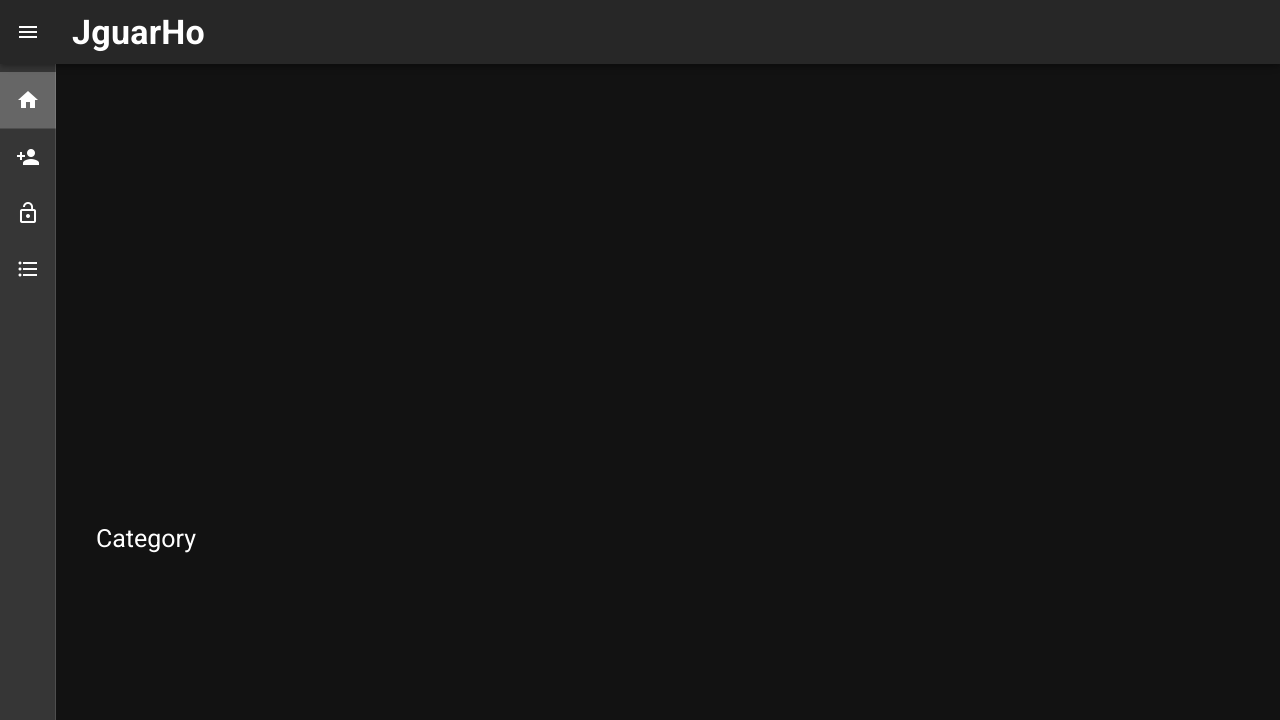
Repository: agent501/MRMS
Page: /
An editor plug-in stored every save of this project. The page is shown before and after the next save, followed by the edit.
The browser window is 1280 px wide. The pictures show the whole page.
The page's requests for data from a server got no answer. The project was rebuilt for these pictures with package versions that can differ from the ones it lists, and the page was loaded fresh each time. No one was signed in, and anything a server would have sent is missing. Also part of the build but not shown: vue.config.js, src/components/Product/products.vue, src/components/Product/product.vue, src/components/Product/createproduct.vue, src/components/User/signin.vue, src/components/User/signup.vue, src/components/User/profile.vue, src/components/Shared/Alert.vue and 2 more. Imported but missing from the stored project, and not drawn on this page: src/router/auth-guard.js.

Above is the page before, as saved 2020-07-29 16:52:17.

### src/main.js
import Vue from 'vue';
import App from './App.vue';
import router from './router';
import { store } from './store';
import alert from './components/Shared/Alert.vue';
import vuetify from './plugins/vuetify';
import { fb } from './components/firebase/firebase.js';
import * as firebase from 'firebase';
import editproductdiaglog from './components/Product/Edit/editproductdialog.vue';
import editprogressbar from './components/Product/Edit/editprogressbar.vue';

Vue.component('app-alert', alert);
Vue.component('app-edit-product', editproductdiaglog);
Vue.component('app-edit-progress', editprogressbar);

Vue.config.productionTip = false;

new Vue({
  router,
  store,
  vuetify,
  render: (h) => h(App),
  created() {
    fb;
    firebase.auth().onAuthStateChanged((user) => {
      if (user) {
        this.$store.dispatch('autosignin', user);
      }
    });
    this.$store.dispatch('loadProducts');
  },
}).$mount('#app');

### src/App.vue
<template>
  <v-app>
    <v-navigation-drawer v-model="drawer" :mini-variant.sync="mini" app clipped dense permanent>
      <v-list>
        <v-list-item to="/">
          <v-list-item-icon>
            <v-icon medium>home</v-icon>
          </v-list-item-icon>

          <v-list-item-content>
            <v-list-item-title>Home</v-list-item-title>
          </v-list-item-content>
        </v-list-item>

        <v-divider></v-divider>
        <v-list-item v-for="item in menuItems" :key="item.title" router :to="item.link">
          <v-list-item-icon>
            <v-icon medium>{{ item.icon }}</v-icon>
          </v-list-item-icon>

          <v-list-item-content>
            <v-list-item-title>{{ item.text }}</v-list-item-title>
          </v-list-item-content>
        </v-list-item>
        <v-list-item v-if="userIsAuthenticated || adminIsAuthenticated" @click="onLogout">
          <v-list-item-icon>
            <v-icon>exit_to_app</v-icon>
          </v-list-item-icon>
          <v-list-item-content>Logout</v-list-item-content>
        </v-list-item>
      </v-list>
    </v-navigation-drawer>

    <v-app-bar app clipped-left>
      <v-app-bar-nav-icon @click.stop="mini=!mini"></v-app-bar-nav-icon>
      <v-toolbar-title class="font-weight-bold display-1">
        <router-link to="/" tag="span" style="cursor:pointer">JguarHo</router-link>
      </v-toolbar-title>
    </v-app-bar>

    <!-- Page Content -->
    <v-content>
      <router-view></router-view>
    </v-content>

    <!-- <v-footer>
      <span>JguarHo &copy; Copyright Reserved</span>
    </v-footer>-->
  </v-app>
</template>

<script>
// import HelloWorld from './components/HelloWorld';

export default {
  name: 'App',

  components: {
    // HelloWorld,
  },
  props: {
    source: String
  },
  data: () => ({
    mini: true,
    drawer: true
    // items: [
    //   { icon: 'lock_open', text: 'Sign In', link: '/signin' },
    //   { icon: 'home', text: 'Home', link: '/' },
    //   { icon: 'list', text: 'All Products', link: '/products' },
    //   { icon: 'help_outline', text: 'About Us', link: '' }
    // ]
  }),
  computed: {
    menuItems() {
      let items = [
        { icon: 'person_add', text: 'Sign Up', link: '/signup' },
        { icon: 'lock_open', text: 'Sign In', link: '/signin' },

        {
          icon: 'format_list_bulleted',
          text: 'All Products',
          link: '/products'
        }
        // { icon: 'person', text: 'About Us', link: '' }
      ];
      if (this.adminIsAuthenticated) {
        items = [
          {
            icon: 'create_new_folder',
            text: 'Create Product',
            link: '/createproduct'
          },
          {
            icon: 'format_list_bulleted',
            text: 'All Products',
            link: '/products'
          },
          {
            icon: 'person',
            text: 'Profile',
            link: '/profile/' + this.adminIsAuthenticated.id
          }
        ];
      } else if (this.userIsAuthenticated) {
        items = [
          {
            icon: 'format_list_bulleted',
            text: 'All Products',
            link: '/products'
          },
          {
            icon: 'person',
            text: 'Profile',
            link: '/profile/' + this.userIsAuthenticated.id
          }
        ];
      }
      return items;
    },
    adminIsAuthenticated() {
      return (
        this.$store.getters.user !== null &&
        this.$store.getters.user !== undefined &&
        this.$store.getters.user.id === 'ktQMfIIbLQRTlySJDVzU9JbCF293' &&
        this.$store.getters.user
      );
    },
    userIsAuthenticated() {
      return (
        this.$store.getters.user !== null &&
        this.$store.getters.user !== undefined &&
        this.$store.getters.user
      );
    }
  },
  created() {
    this.$vuetify.theme.dark = true;
  },
  methods: {
    onLogout() {
      this.$store.dispatch('logout');
      this.$router.push('/');
    }
  }
};
</script>

### src/router/index.js
import Vue from 'vue';
import VueRouter from 'vue-router';
import home from '../components/Home.vue';
import products from '../components/Product/products.vue';
import product from '../components/Product/product.vue';
import createproduct from '../components/Product/createproduct.vue';
import signin from '../components/User/signin.vue';
import signup from '../components/User/signup.vue';
import profile from '../components/User/profile.vue';
import AuthGuard from '../router/auth-guard.js';

Vue.use(VueRouter);

export default new VueRouter({
  mode: 'history',
  routes: [
    { path: '/', name: 'home', component: home },
    { path: '/products', name: 'products', component: products },
    {
      path: '/createproduct',
      name: 'createproduct',
      component: createproduct,
      beforeEnter: AuthGuard,
    },
    { path: '/signin', name: 'signin', component: signin },
    { path: '/signup', name: 'signup', component: signup },
    {
      path: '/profile/:id',
      name: 'profile',
      component: profile,
      beforeEnter: AuthGuard,
    },
    {
      path: '/products/:id',
      name: 'product',
      props: true,
      component: product,
    },
  ],
});

### src/store/index.js
import Vue from 'vue';
import Vuex from 'vuex';

import product from './product';
import user from './user';
import shared from './shared';

Vue.use(Vuex);

export const store = new Vuex.Store({
  modules: {
    product: product,
    user: user,
    shared: shared,
  },
});

### src/plugins/vuetify.js
import Vue from 'vue';
import Vuetify from 'vuetify/lib';
import '@mdi/font/css/materialdesignicons.css'; //
import 'material-design-icons-iconfont/dist/material-design-icons.css';

Vue.use(Vuetify);

export default new Vuetify({
  icons: {
    iconfont: 'mdi',
  },
});

### src/components/firebase/firebase.js
import firebase from 'firebase/app';
import 'firebase/firestore';
import 'firebase/storage';

var firebaseConfig = {
  apiKey: 'AIzaSyBJdvJyA-ac-dO3JYy-4WKY7wIkma-Y1fI',
  authDomain: 'mrms-2ae69.firebaseapp.com',
  databaseURL: 'https://mrms-2ae69.firebaseio.com',
  projectId: 'mrms-2ae69',
  storageBucket: 'mrms-2ae69.appspot.com',
  messagingSenderId: '287673096935',
  appId: '1:287673096935:web:7f7f75dea0b5657353e042',
  measurementId: 'G-EKPLN37GXX',
};

export const fb = firebase.initializeApp(firebaseConfig);

### src/components/Home.vue
<template>
  <div class="mx-10" style="max-width:1800px">
    <v-layout>
      <v-flex xs12 class="text-xs-center" v-if="!loading">
        <v-progress-circular
          indeterminate
          class="primary--text"
          :width="7"
          :size="70"
          v-if="loading"
        ></v-progress-circular>
      </v-flex>
    </v-layout>

    <v-carousel
      cycle
      class="mt-4"
      height="400"
      hide-delimiters
      show-arrows-on-hover
      width="100%"
      style="cursor:pointer"
    >
      <v-carousel-item
        v-for="product in products"
        :key="product.id"
        @click="onLoadProduct(product.id)"
      >
        <div class="text-right">
          <span class="title">{{ product.name }}</span>
        </div>
        <img :src="product.featureimage" style="height: 100%; width: 100%; object-fit: contain" />
      </v-carousel-item>
    </v-carousel>

    <div>
      <div class="mt-10" style="font-size:25px">Category</div>
    </div>
  </div>
</template>

<script>
export default {
  // data: () => ({
  //   images: [
  //     {
  //       src: 'https://cdn.vuetifyjs.com/images/carousel/squirrel.jpg',
  //       title: 'image1asdasdasdsadasdasdsadasdasd',
  //       id: 'asdad123'
  //     },
  //     {
  //       src: 'https://cdn.vuetifyjs.com/images/carousel/sky.jpg',
  //       title: 'image2',
  //       id: 'asdasd1223'
  //     },
  //     {
  //       src: 'https://cdn.vuetifyjs.com/images/carousel/bird.jpg',
  //       title: 'image3',
  //       id: 'asdad13223'
  //     },
  //     {
  //       src: 'https://cdn.vuetifyjs.com/images/carousel/planet.jpg',
  //       title: 'image4',
  //       id: 'asdaasd1123'
  //     }
  //   ]
  // }),
  computed: {
    products() {
      return this.$store.getters.featuredProducts;
    },
    loading() {
      return this.$store.getters.loading;
    },
  },
  methods: {
    onLoadProduct(id) {
      this.$router.push('/products/' + id);
    },
  },
};
</script>

<style scoped>
.title {
  background-color: rgba(235, 235, 235, 0.897);
  color: black;

  padding: 10px 30px;
}
</style>

### src/store/product/index.js
import * as firebase from 'firebase';

export default {
  state: {
    loadedProducts: [],
  },
  mutations: {
    createProduct(state, payload) {
      state.loadedProducts.push(payload);
    },
    setLoadedProducts(state, payload) {
      state.loadedProducts = payload;
    },
    updateProduct(state, payload) {
      const product = state.loadedProducts.find((product) => {
        return product.id === payload.id;
      });
      if (payload.name) {
        product.name = payload.name;
      }
      if (payload.description) {
        product.description = payload.description;
      }
      if (payload.earningperunit) {
        product.earningperunit = payload.earningperunit;
      }
      if (payload.investmentperunit) {
        product.investmentperunit = payload.investmentperunit;
      }
    },
    updateProgress(state, payload) {
      const product = state.loadedProducts.find((product) => {
        return product.id === payload.id;
      });
      if (payload.productprogressbar) {
        product.productprogressbar = payload.productprogressbar;
      }
    },
    deleteProduct(state, payload) {
      const registeredProducts = state.loadedProducts;
      registeredProducts.splice(
        registeredProducts.findIndex((product) => product.id === payload),
        1
      );
      // Reflect.deleteProperty(state.user.fbKeys,payload)
    },
  },
  actions: {
    loadProducts({ commit }) {
      commit('setLoading', true);
      firebase
        .database()
        .ref('products')
        .once('value')
        .then((data) => {
          const products = [];
          const obj = data.val();
          for (let key in obj) {
            products.push({
              id: key,
              name: obj[key].name,
              description: obj[key].description,
              investmentperunit: obj[key].investmentperunit,
              earningperunit: obj[key].earningperunit,
              creatorId: obj[key].creatorId,
              productimage: obj[key].productimage,
              productprogressbar: obj[key].productprogressbar,
              featureimage: obj[key].productimage[0],
            });
          }
          commit('setLoadedProducts', products);
          commit('setLoading', false);
        })
        .catch((error) => {
          console.log(error);
          commit('setLoading', true);
        });
    },
    deleteProduct({ commit }, payload) {
      const productId = payload;
      console.log(productId);
      firebase
        .database()
        .ref('products')
        .child(productId)
        .remove()
        .then(function () {
          // File deleted successfully

          console.log('success');
        })
        .catch(function (error) {
          // Uh-oh, an error occurred!
          console.log(error);
        });
      commit('deleteProduct', payload);
    },
    createProduct({ commit, getters }, payload) {
      const product = {
        name: payload.name,
        description: payload.description,
        investmentperunit: payload.investmentperunit,
        earningperunit: payload.earningperunit,
        productimage: payload.productimage,
        productprogressbar: payload.productprogressbar,
        creatorId: getters.user.id,
      };
      let key;
      firebase
        .database()
        .ref('products')
        .push(product)
        .then((data) => {
          //specific product id
          key = data.key;
          commit('createProduct', { ...product, id: key });
          // return key
        });
    },
    updateproductdata({ commit }, payload) {
      commit('loading', true);
      const updateObj = {};
      if (payload.name) {
        updateObj.name = payload.name;
      }
      if (payload.desscription) {
        updateObj.description = payload.desscription;
      }
      if (payload.earningperunit) {
        updateObj.earningperunit = payload.earningperunit;
      }
      if (payload.investmentperunit) {
        updateObj.investmentperunit = payload.investmentperunit;
      }
      firebase
        .database()
        .ref('products')
        .child(payload.id)
        .update(updateObj)
        .then(() => {
          commit('setLoading', false);
          commit('updateProduct', payload);
        })
        .catch((error) => {
          console.log(error);
          commit('setLoading', false);
        });
    },
    updateprogressdata({ commit }, payload) {
      commit('loading', true);
      const updateObj = {};
      if (payload.productprogressbar) {
        updateObj.productprogressbar = payload.productprogressbar;
      }

      firebase
        .database()
        .ref('products')
        .child(payload.id)
        .update(updateObj)
        .then(() => {
          commit('setLoading', false);
          commit('updateProgress', payload);
        })
        .catch((error) => {
          console.log(error);
          commit('setLoading', false);
        });
    },
  },
  getters: {
    loadedProducts(state) {
      return state.loadedProducts.sort((productA, productB) => {
        return productA.date > productB.date;
      });
    },
    featuredProducts(state, getters) {
      return getters.loadedProducts.slice(0, 5);
    },
    loadedProduct(state) {
      return (productId) => {
        return state.loadedProducts.find((product) => {
          return product.id === productId;
        });
      };
    },
  },
  modules: {},
};

### src/store/user/index.js
import * as firebase from 'firebase';

export default {
  state: {
    user: null,
    profile: [],
  },
  mutations: {
    setUser(state, payload) {
      state.user = payload;
    },
    setLoadedProfile(state, payload) {
      state.profile = payload;
    },
    updateProfile(state, payload) {
      const profile = state.profile;

      if (payload.name) {
        profile.name = payload.name;
      }
      if (payload.email) {
        profile.email = payload.email;
      }
      if (payload.icnumber) {
        profile.icnumber = payload.icnumber;
      }
      if (payload.phonenumber) {
        profile.phonenumber = payload.phonenumber;
      }
      if (payload.ssmimage) {
        profile.ssmimage = payload.ssmimage;
      }
    },
  },
  actions: {
    signUp({ commit }, payload) {
      // perform the mutation set loading because no matter user success sign up or not it will always display loading
      commit('setLoading', true);
      commit('clearError');
      firebase
        .auth()
        // passing the email and password fetch from the signup page and send to the firebasenpm
        .createUserWithEmailAndPassword(payload.email, payload.password)
        //if success, get the unique id from the firebase and set it on the format that is same as state
        .then((response) => {
          // set loading in the state back to false because is already succeed
          commit('setLoading', false);

          const newUser = {
            userid: response.user.uid,
            registeredProducts: [],
            fbKeys: {},
            email: payload.email,
            phonenumber: payload.phonenumber,
            icnumber: payload.icnumber,
            name: payload.name,
            ssmimage: payload.image,
          };
          let key;
          firebase
            .database()
            .ref('profiles')
            .push(newUser)
            .then((data) => {
              //specific product id
              key = data.userid;
              commit('createProfile', { ...newUser, id: key });
              // return key
            });

          commit('setUser', newUser);
        })
        // if got error
        .catch((error) => {
          // set loading in the state back to false because there's a error occur
          commit('setLoading', false);
          // perform the mutation of setError to display the error
          commit('setError', error);
          console.log(error);
        });
    },
    logIn({ commit }, payload) {
      // perform the mutation set loading because no matter user success sign in or not it will always display loading
      commit('setLoading', true);
      commit('clearError');
      firebase
        .auth()
        // sending the user email and password to the firebase for matchmaking in order to login
        .signInWithEmailAndPassword(payload.email, payload.password)
        .then((response) => {
          // set loading in the state back to false because is already succeed
          commit('setLoading', false);

          const newUser = {
            id: response.user.uid,
            registeredProducts: [],
            fbKeys: {},
          };

          firebase
            .database()
            .ref('profiles')
            .orderByChild('userid')
            .equalTo(newUser.id)
            .once('value')
            .then((data) => {
              const profile = [];
              const obj = data.val();
              for (let key in obj) {
                profile.push({
                  id: key,
                  name: obj[key].name,
                  email: obj[key].email,
                  icnumber: obj[key].icnumber,
                  phonenumber: obj[key].phonenumber,
                  userid: obj[key].userid,
                  ssmimage: obj[key].ssmimage,
                });
              }
              console.log(profile);
              commit('setLoadedProfile', profile);

              commit('setLoading', false);
            })
            .catch((error) => {
              console.log(error);
              commit('setLoading', true);
            });

          commit('setUser', newUser);
        }) // if got error
        .catch((error) => {
          // set loading in the state back to false because there's a error occur
          commit('setLoading', false);
          // perform the mutation of setError to display the error
          commit('setError', error);
          console.log(error);
        });
    },
    autosignin({ commit }, payload) {
      commit('setUser', { id: payload.uid, registeredProducts: [] });
    },
    logout({ commit }) {
      firebase.auth().signOut();
      commit('setUser', null);
    },
    updatePassword(payload) {
      var user = firebase.auth().currentUser;
      var updatepassword = payload.newpassword;
      var credential = firebase.auth.EmailAuthProvider.credential(
        payload.email,
        payload.currentpassword
      );

      user
        .reauthenticate(credential)
        .then(() => {
          user
            .updatePassword(updatepassword)
            .then(() => {
              this.dialog = true;
              console.log('update complete');
              if (this.dialog === false) {
                this.$router.push('/');
              }
            })
            .catch((error) => {
              console.log(error);
            });
        })
        .catch((error) => {
          console.log(error);
        });
    },
    updateProfileData({ commit }, payload) {
      commit('loading', true);
      const updateObj = {};
      if (payload.name) {
        updateObj.name = payload.name;
      }
      if (payload.email) {
        updateObj.email = payload.email;
      }
      if (payload.icnumber) {
        updateObj.icnumber = payload.icnumber;
      }
      if (payload.phonenumber) {
        updateObj.phonenumber = payload.phonenumber;
      }
      if (payload.ssmimage) {
        updateObj.ssmimage = payload.ssmimage;
      }
      firebase
        .database()
        .ref('profiles')
        .child(payload.id)
        .update(updateObj)
        .then(() => {
          commit('setLoading', false);
          commit('updateProfile', payload);
        })
        .catch((error) => {
          console.log(error);
          commit('setLoading', false);
        });
    },
  },
  getters: {
    user(state) {
      return state.user;
    },
  },
};

### src/store/shared/index.js
export default {
  state: {
    loading: false,
    error: null,
  },
  mutations: {
    setLoading(state, payload) {
      state.loading = payload;
    },
    // change the of status error in state
    setError(state, payload) {
      state.error = payload;
    },
    // change the status of error back to null
    clearError(state) {
      state.error = null;
    },
  },
  actions: {
    clearError({ commit }) {
      commit('clearError');
    },
  },
  getters: {
    error(state) {
      return state.error;
    },
    loading(state) {
      return state.loading;
    },
  },
};

Loaded but not shown: public/index.html (common file)

After the next save:
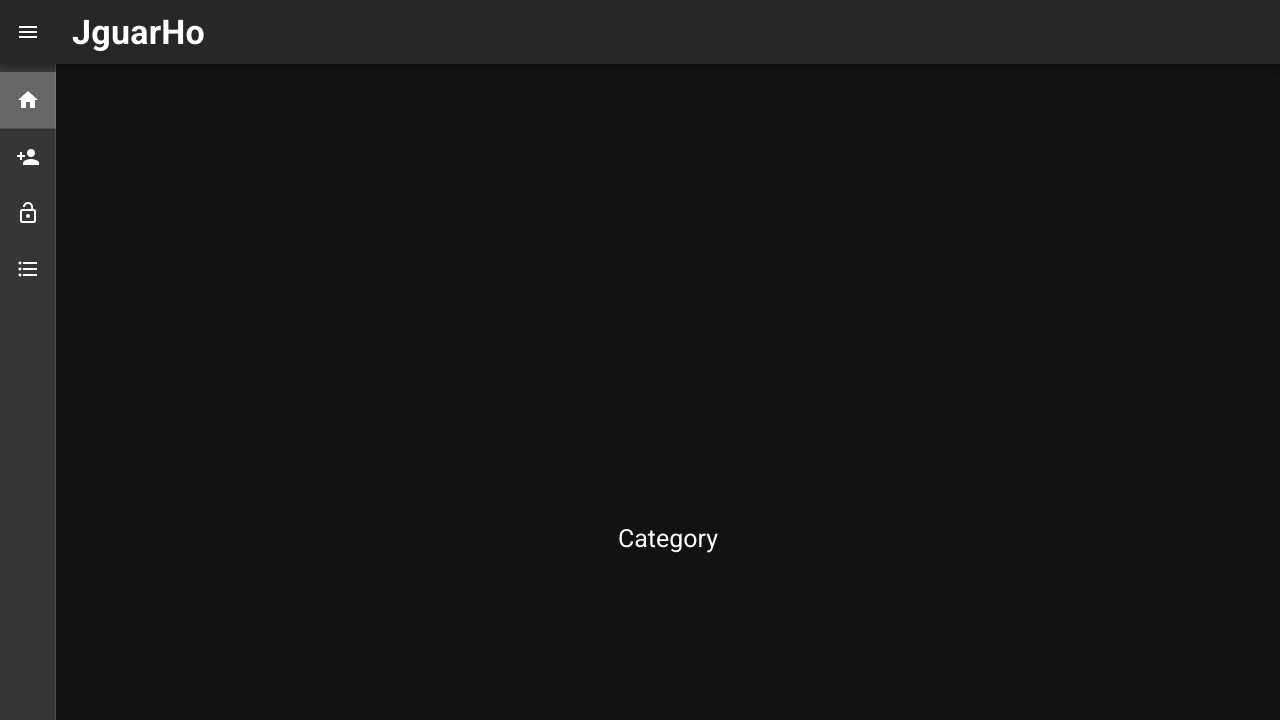
Saved 23 s later.
--- a/src/components/Home.vue
+++ b/src/components/Home.vue
@@ -34,7 +34,7 @@
     </v-carousel>
 
     <div>
-      <div class="mt-10" style="font-size:25px">Category</div>
+      <div class="mt-10 text-center" style="font-size:25px">Category</div>
     </div>
   </div>
 </template>
